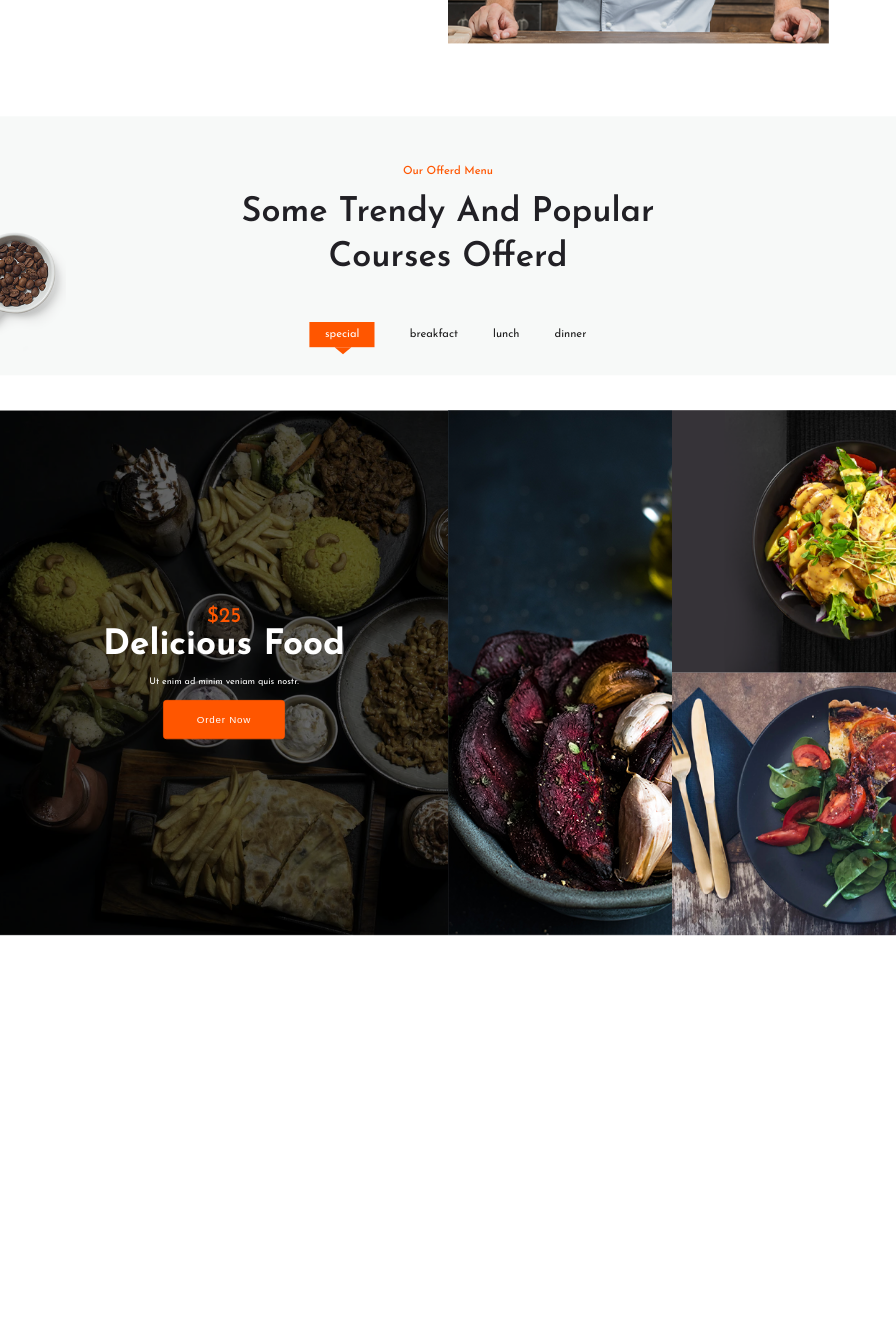
Repository: Ebtehal18/food
Page: index.html
An editor plug-in stored every save of this project. The page is shown before and after the next save, followed by the edit.
The browser window is 1280 px wide. The pictures show the part of the page from y = 1770 to 3690 px (the page is 10000 px tall), at 70% of full size.
The pointer rests on the first visible `.menu-sec .grid-menu .menu-img`.

Above is the page before, as saved 2024-01-18 15:52:48.

After the next save:
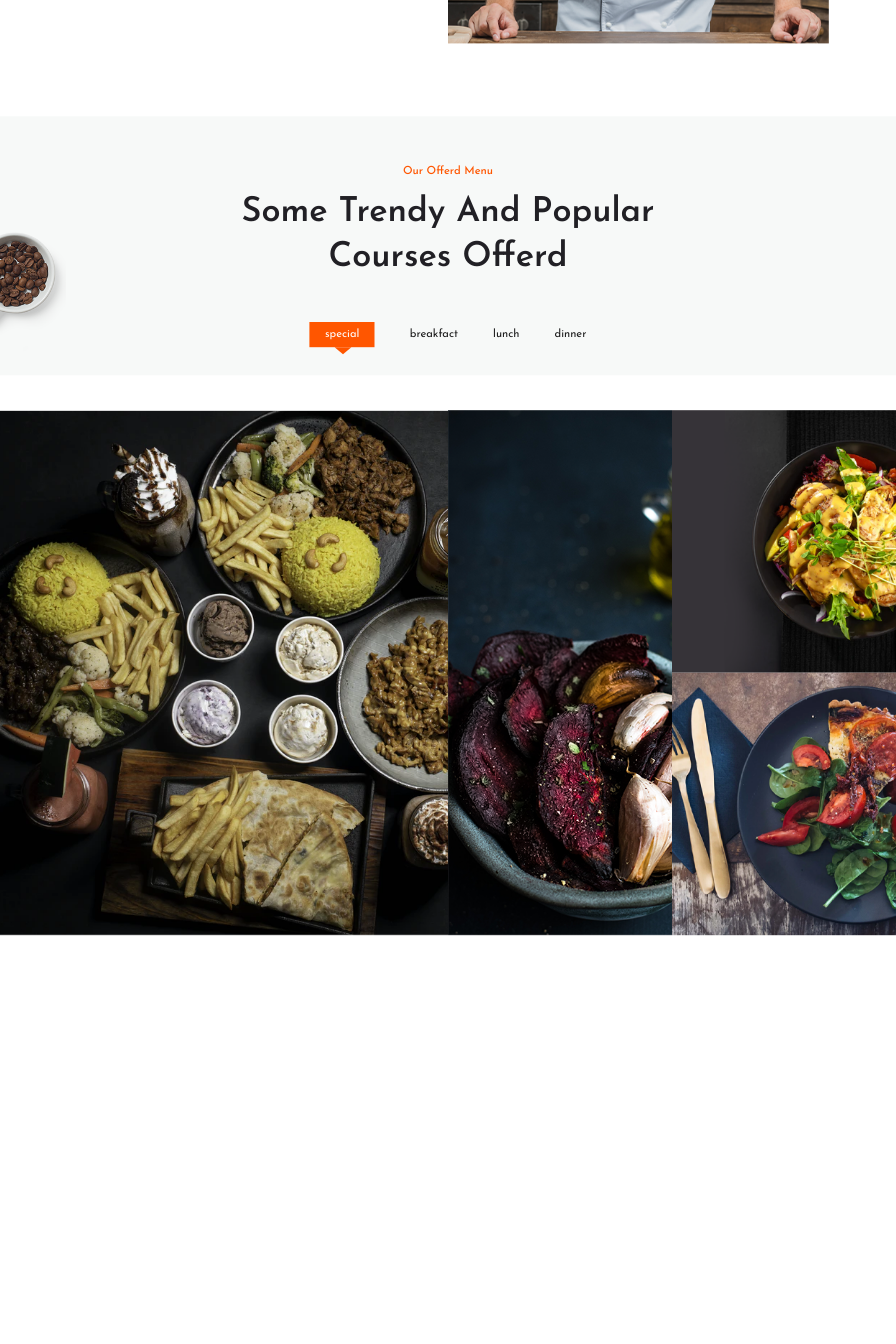
Saved 20 s later.
--- a/asessets/css/style.css
+++ b/asessets/css/style.css
@@ -541,7 +541,7 @@
 
 }
 .menu-sec .grid-menu .menu-img:hover .overlay{
-  opacity: 1;
+  /* opacity: 1; */
 animation-name: animation;
 animation-duration: 0.4s;
 

After the save that followed:
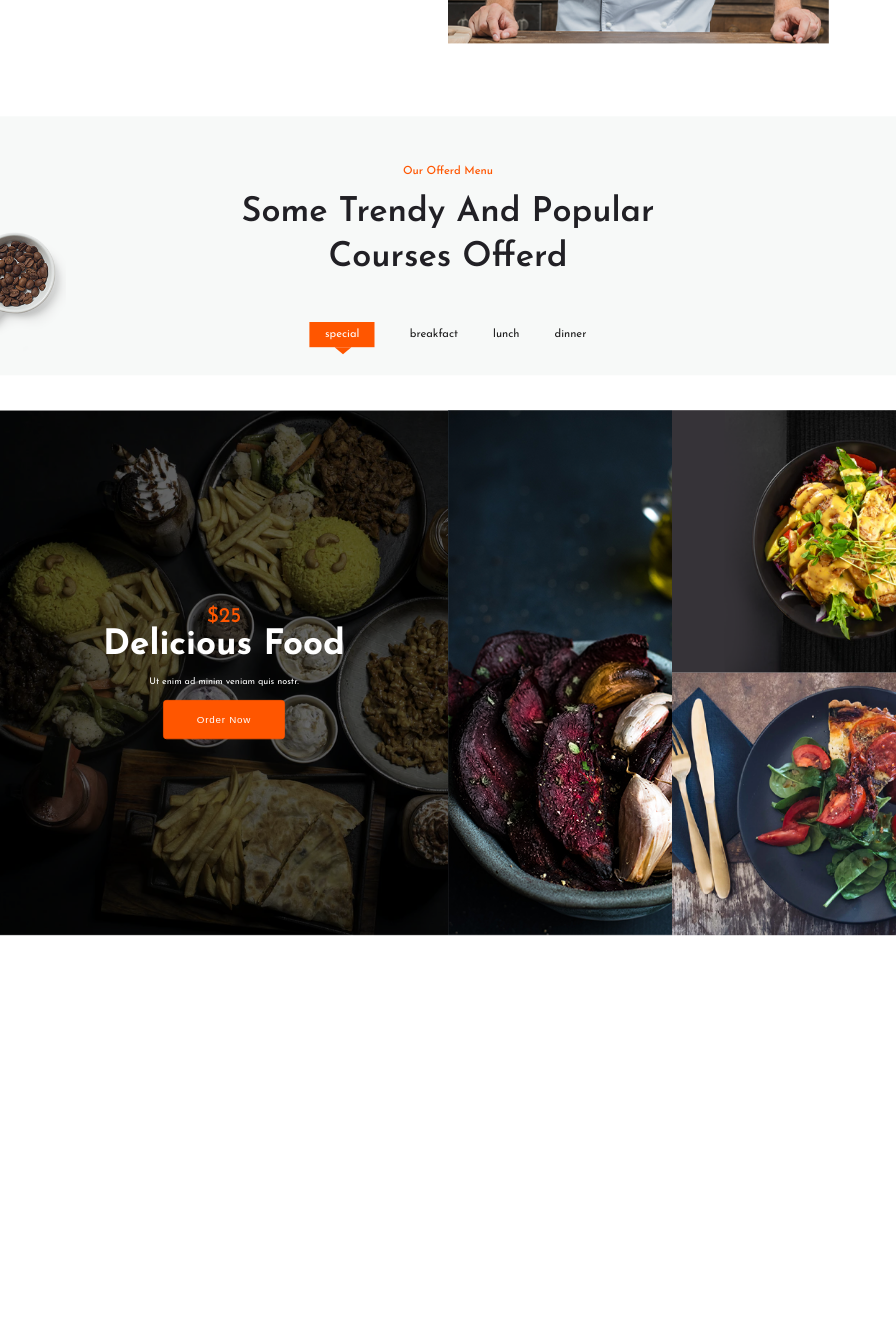
Saved 10 s later.
--- a/asessets/css/style.css
+++ b/asessets/css/style.css
@@ -541,7 +541,7 @@
 
 }
 .menu-sec .grid-menu .menu-img:hover .overlay{
-  /* opacity: 1; */
+  opacity: 1;
 animation-name: animation;
 animation-duration: 0.4s;
 
